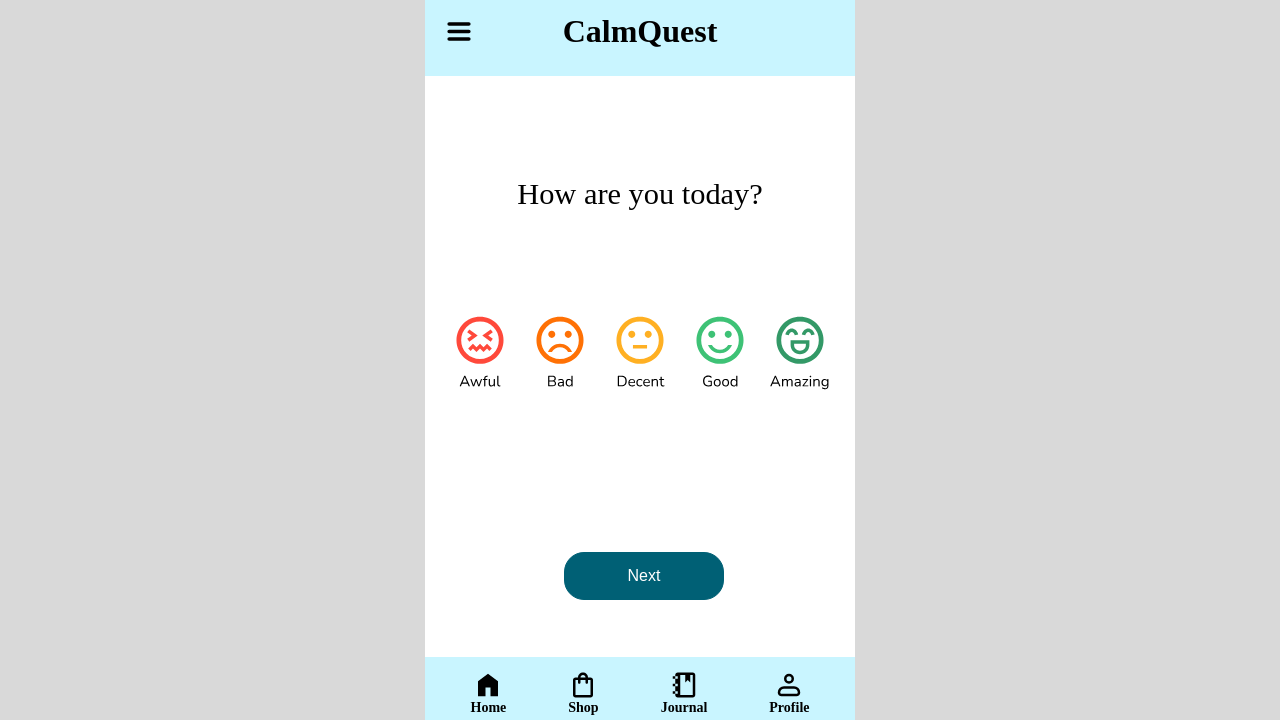
Repository: Michelle2317/CalmQuest
Page: /ParentQuiz
An editor plug-in stored every save of this project. The page is shown before and after the next save, followed by the edit.
The browser window is 1280 px wide. The pictures show the whole page.
The project was rebuilt for these pictures with package versions that can differ from the ones it lists, and the page was loaded fresh each time. The framework's server and built-in components were replaced by stand-ins that run in the browser. Also part of the build but not shown: next.config.mjs.

Above is the page before, as saved 2024-04-11 02:10:46.

### pages/ParentQuiz.js
import Head from 'next/head'
import styles from '@/styles/Home.module.css'
import ChildQuestions from './ChildQuestions'
import Navbar from '@/components/Navbar'
import Tabbar from '@/components/Tabbar'
import Image from 'next/image'
import { useState } from 'react'

export default function ParentQuiz() {
	const [step, setStep] = useState(1)
	const [previousAnswer, setPreviousAnswer] = useState(null)
	const [selectedAnswers, setSelectedAnswers] = useState([])
	const [quizComplete, setQuizComplete] = useState(false)
	const [score, setScore] = useState(0)
	const [outcome, setOutcome] = useState('')
	const [seedsClaimed, setSeedsClaimed] = useState(false)

	const handleAnswerSelect = (answer) => {
		let points = 0

		switch (step) {
			case 1:
				switch (answer) {
					case 'Awful':
						points = -2
						break
					case 'Bad':
						points = -1
						break
					case 'Decent':
						points = 0
						break
					case 'Good':
						points = 1
						break
					case 'Amazing':
						points = 2
						break
					default:
						break
				}
				break
			case 2:
				switch (answer) {
					case 'Joy':
						points = 1
						break
					case 'Sadness':
					case 'Fear':
						points = -1
						break
					case 'Anger':
						points = -2
						break
					default:
						break
				}
				break
			default:
				break
		}
		setSelectedAnswers([...selectedAnswers, { answer, points }])
		setScore(score + points)

		if (step === 4) {
			calculateOutcome()
		}
		setPreviousAnswer(answer)
	}

	const handleNextStep = () => {
		if (step < 4) {
			setStep(step + 1)
		} else {
			setQuizComplete(true)
			calculateOutcome()
		}
	}

	const calculateOutcome = () => {
		const headspace =
			selectedAnswers[
				selectedAnswers.length - 1
			].answer.toString()
		const totalScore = score
		let message = ''

		if (totalScore >= 0 && totalScore <= 3) {
			message = `You're doing a great job about your ${headspace.toLowerCase()}! Keep it up and you'll do wonders!`
		} else if (totalScore > 3 && totalScore <= 6) {
			message = `You're doing great about your ${headspace.toLowerCase()}!`
		} else if (totalScore >= -7 && totalScore <= -5.5) {
			message = `It sounds like you're having a tough time with your ${headspace.toLowerCase()}. Consider seeking professional help services.`
		} else if (totalScore > -5 && totalScore <= -3) {
			message = `It sounds like you're struggling with your ${headspace.toLowerCase()}. Try some mental exercises to improve your mood.`
		} else if (totalScore > -2.5 && totalScore < 0) {
			message = `It seems like you're having a bit of difficulty with your ${headspace.toLowerCase()}. Mental exercises might help.`
		}
		setOutcome(message)
	}

	const handleClaimSeeds = () => {
		setSeedsClaimed(true)
	}

	const handleMoreActivities = () => {}

	const handlePreviousStep = () => {
		if (step > 1) {
			setStep(step - 1)
		}
	}

	const handleSubmitQuiz = () => {
		setQuizComplete(true)
		calculateOutcome()
	}

	return (
		<>
			<Head>
				<title>CalmQuest</title>
				<meta name="description" content="Generated by create next app" />
				<meta name="viewport" content="width=device-width, initial-scale=1" />
				<link rel="icon" href="/favicon.ico" />
			</Head>
			<main className={`${styles.main}`}>
				<div className={styles.mainContainer}>
					<Navbar />
					{!quizComplete && (
						<ChildQuestions
							question={
								step === 1
									? 'How are you today?'
									: step === 2
									? 'How do you feel?'
									: step === 3
									? 'Describe your feelings?'
									: "What's taking up most of your headspace right now?"
							}
							onSelect={
								handleAnswerSelect
							}
							previousAnswer={
								previousAnswer
							}
							handleNextStep={
								handleNextStep
							}
							outcome={outcome}
					  />
				  )}
					{quizComplete && (
						<div
							className={styles.outcomeContainer}>
							<Image
								src="/images/check.svg"
								alt="Check"
								width={100}
								height={100}
								className={styles.checkIcon}
							/>
							<h2 className={styles.checkDone}>Check-In Done!</h2>
							<p className={`${styles.outcomeMessage}`}>{outcome}</p>
							{!seedsClaimed ? (
								<button
									className={styles.primaryButtonQuiz}
									onClick={handleClaimSeeds}>	Claim 3x Seeds
								</button>
							) : (
								<p
									className={styles.claimedSeeds}>Seeds Claimed</p>
							)}
							<button
								className={styles.primaryButtonQuiz}
								onClick={handleMoreActivities}>More Activities
							</button>
						</div>
					)}
					<div className={styles.buttonContainer}>
						{step > 1 && !quizComplete && (
							<button
								className={`${styles.secondaryButtonQuiz}`}
								onClick={handlePreviousStep}
								tabindex="0">Back
							</button>
						)}
						{!quizComplete ? (
							<button
								className={`${styles.primaryButtonQuiz}`}
								onClick={step === 4 ? handleSubmitQuiz : handleNextStep}
								tabindex="0"
							  >
								{step === 4 ? 'Submit' : 'Next'}
							</button>
						) : (
							<>
              </>
						)}
					</div>
					<Tabbar />
				</div>
			</main>
		</>
	)
}

### styles/globals.css
:root {
	--white: #fff;
	--black: #000;
	--gray: #d9d9d9;
	--light-blue: #c9f5ff;
	--dark-turquoise: #006075;
	--dark-gray: #C0C0C0;
	/* --ombre: linear-gradient(180deg, #E7ECFF 0%, #D8FFFA 100%); */
	/* font size */
	--title1: 36px;
	--title2: 32px;
	--body2: 16px;
	--body-3-small: 14px;
	--body-1-large: 18px;
}

* {
	margin: 0;
	padding: 0;
}

### styles/Home.module.css
.main {
	display: flex;
	flex-direction: row;
	justify-content: center;
	align-items: center;
	min-height: 20vh;
	background-color: var(--gray);
	overflow-y: hidden;
}

.mainContainer {
	position: relative;
	display: flex;
	flex-direction: column;
	justify-content: space-between;
	align-items: center;
	width: 430px;
	height: 100vh;
	max-height: 932px;
	background-color: var(--white);
	overflow-y: auto;
	overflow-x: hidden;
}

.getStartedButton {
}

/*home content*/
.helloContainer {
	display: flex;
	flex-direction: row;
	align-items: center;
	gap: 48px;
}

.mainHello {
	font-size: var(--title2);
}

.mainQuote,
.checkIn {
	font-size: var(--body-3-small);
}

.journalingContainer {
	width: 398px;
}

.explore,
.prompt {
	font-size: var(--body-1-large);
	font-weight: bold;
}

.quote {
	font-size: var(--body2);
}

.write {
	text-align: right;
}

.exerciseCarousel {
	display: flex;
	flex-direction: row;
}

/* Quiz/Check-In */
.questionOne,
.questionTwo {
	color: var(--black);
	font-family: 'Merriweather', serif;
	font-size: 1.9em;
	font-weight: 400;
	text-align: center;
}

.questionDescription {
	font-family: 'Nunito', sans-serif;
	font-size: 1rem;
	font-weight: 400;
}

.questionTwoDescription {
	font-family: 'Nunito', sans-serif;
	font-size: 1rem;
	font-weight: 400;
	margin-top: -4rem;
}

.questionThreeDescription {
	font-family: 'Nunito', sans-serif;
	font-size: 1rem;
	font-weight: 400;
	margin-top: -5rem;
}

.emojis {
	flex-direction: row;
	display: inline-flex;
	position: relative;
	justify-content: center;
	padding-bottom: 10rem;
}

.questionOneNext {
	position: absolute;
	margin-top: 28rem;
}

.quizNext {
	position: absolute;
	margin-top: 30rem;
	margin-left: 8rem;
}

.quizBack {
	position: absolute;
	margin-top: 30rem;
	margin-right: 8rem;
}

.emojisEmotion {
	display: flex;
	flex-wrap: wrap;
	justify-content: center;
	margin-top: -4rem;
}

.emotionContainer {
	display: flex;
}

.emotionRegular {
	width: 9rem;
	height: 6rem;
	margin: 0.5rem;
	padding: 0.5rem;
	background-color: var(--light-blue);
	border-radius: 0.5rem;
}

.selectedEmoji {
	border: 0.2rem solid var(--dark-turquoise);
}

.multiSelectContainer {
	display: flex;
	flex-wrap: wrap;
	justify-content: center;
}

.titleEmotion {
	position: absolute;
	margin-top: -5rem;
}

.rectangle {
	width: 6.5rem;
	height: 3.5rem;
	background-color: var(--light-blue);
	margin: 0.5rem;
	display: flex;
	justify-content: center;
	align-items: center;
	border-radius: 0.5rem;
	font-family: 'Nunito', sans-serif;
}

.buttonContainer {
	position: absolute;
	margin-top: 34.5rem;
}

.primaryButtonQuiz {
	text-align: center;
	color: var(--white);
	font-size: 16px;
	font-family: 'Nunito', sans-serif;
	font-weight: 400;
	word-wrap: break-word;
	width: 160px;
	height: 48px;
	background: var(--dark-turquoise);
	border: 1px var(--dark-turquoise) solid;
	border-radius: 20px;
	overflow: hidden;
	justify-content: center;
	align-items: center;
	gap: 10px;
	display: inline-flex;
	margin-left: 0.5rem;
}

.primaryButtonQuiz:hover {
	text-align: center;
	color: var(--dark-turquoise);
	font-size: 16px;
	font-family: 'Nunito', sans-serif;
	font-weight: 400;
	word-wrap: break-word;
	width: 160px;
	height: 48px;
	background: var(--light-blue);
	border: 1px var(--dark-turquoise) solid;
	border-radius: 20px;
	overflow: hidden;
	justify-content: center;
	align-items: center;
	gap: 10px;
	display: inline-flex;
}

.secondaryButtonQuiz {
	text-align: center;
	color: var(--white);
	font-size: 16px;
	font-family: 'Nunito', sans-serif;
	font-weight: 400;
	word-wrap: break-word;
	width: 160px;
	height: 48px;
	border-radius: 20px;
	background-color: var(--black);
	overflow: hidden;
	border: 1px var(--black) solid;
	justify-content: center;
	align-items: center;
	gap: 10px;
	display: inline-flex;
}

.secondaryButtonQuiz:hover {
	width: 160px;
	height: 48px;
	color: var(--black);
	background: var(--white);
	border-radius: 20px;
	overflow: hidden;
	border: 1px var(--black) solid;
	justify-content: center;
	align-items: center;
	gap: 10px;
	display: inline-flex;
}

.secondary,
.button {
	color: var(--dark-turquoise);
}

.checkIcon {
	position: relative;
	padding-left: 10rem;
	margin-top: -4rem;
}

.checkDone {
	color: var(--black);
	font-family: 'Merriweather', serif;
	font-size: 1.9em;
	font-weight: 400;
	text-align: center;
	padding-top: 2rem;
	padding-bottom: 1rem;
}

.claimedSeeds {
	text-align: center;
	color: var(--white);
	font-size: 16px;
	font-family: 'Nunito', sans-serif;
	font-weight: 400;
	width: 160px;
	height: 48px;
	background: var(--dark-gray);
	border: 1px var(--dark-turquoise) solid;
	border-radius: 20px;
	overflow: hidden;
	display: flex;
	flex-direction: column;
	justify-content: center;
	margin-bottom: 0.5rem;
}

.outcomeMessage {
	text-align: center;
	width: 90%;
	padding-left: 1rem;
}

### components/Navbar/index.js
import styles from './Navbar.module.css'
import Image from 'next/image'

export default function Navbar() {
	return (
		<>
			<div className={styles.navbar}>
					<Image
						src={`/images/hamburgerMenu.svg`}
						alt="hamburger menu"
						width="30"
						height="30"
						className={styles.hamburgerMenuIcon}
					/>
				<div className={styles.calmQuest}>CalmQuest</div>
			</div>
		</>
	)
}

### components/Tabbar/index.js
import styles from "./Tabbar.module.css";
import Image from "next/image";

export default function Tabbar() {
  return (
    <>
      <div className={styles.tabbar}>
        <div className={styles.homeContainer}>
          <Image
            src={`/images/homeSecondary.svg`}
            alt="home"
            width={30}
            height={30}
            className={styles.homeSecondary}
          />
          <p>Home</p>
        </div>
        <div className={styles.shopContainer}>
          <Image
            src={`/images/shopPrimary.svg`}
            alt="shop icon"
            width={30}
            height={30}
            className={styles.shopPrimary}
          />
          <p>Shop</p>
        </div>
        <div className={styles.journalContainer}>
          <Image
            src={`/images/journalPrimary.svg`}
            alt="journal icon"
            width={30}
            height={30}
            className={styles.journalPrimary}
          />
          <p>Journal</p>
        </div>
        <div className={styles.profileContainer}>
          <Image
            src={`/images/profilePrimary.svg`}
            alt="profile icon"
            width={30}
            height={30}
            className={styles.profilePrimary}
          />
          <p>Profile</p>
        </div>
      </div>
    </>
  );
}

### components/Navbar/Navbar.module.css
.navbar {
	width: 430px;
	height: 72px;
	padding-top: 1px;
	padding-left: 13px;
	padding-right: 132px;
	background: #c9f5ff;
	display: flex;
	justify-content: center;
	align-items: center;
	gap: 89px;
}

.hamburgerMenuIcon {
	width: 30px;
	height: 30px;
	position: relative;
	flex-direction: column;
	justify-content: flex-start;
	align-items: flex-start;
	display: flex;
}

.calmQuest {
	color: var(--black);
	font-size: 32px;
	font-family: Nunito;
	font-weight: 700;
}

### components/Tabbar/Tabbar.module.css
.tabbar {
	width: 430px;
	height: 65px;
	padding-top: 1px;
	background: #c9f5ff;
	display: flex;
	justify-content: center;
	align-items: center;
	gap: 62px;
}

.tabbar p {
	color: var(--black);
	font-size: 14px;
	font-family: Nunito;
	font-weight: 700;
}

.homeContainer, .shopContainer, .journalContainer, .profileContainer {
    display: flex;
    flex-direction: column;
    align-items: center;
}

Loaded but not shown: pages/_app.js (common file); pages/_document.js (common file); pages/ChildQuestions.js (414 lines, source omitted)

After the next save:
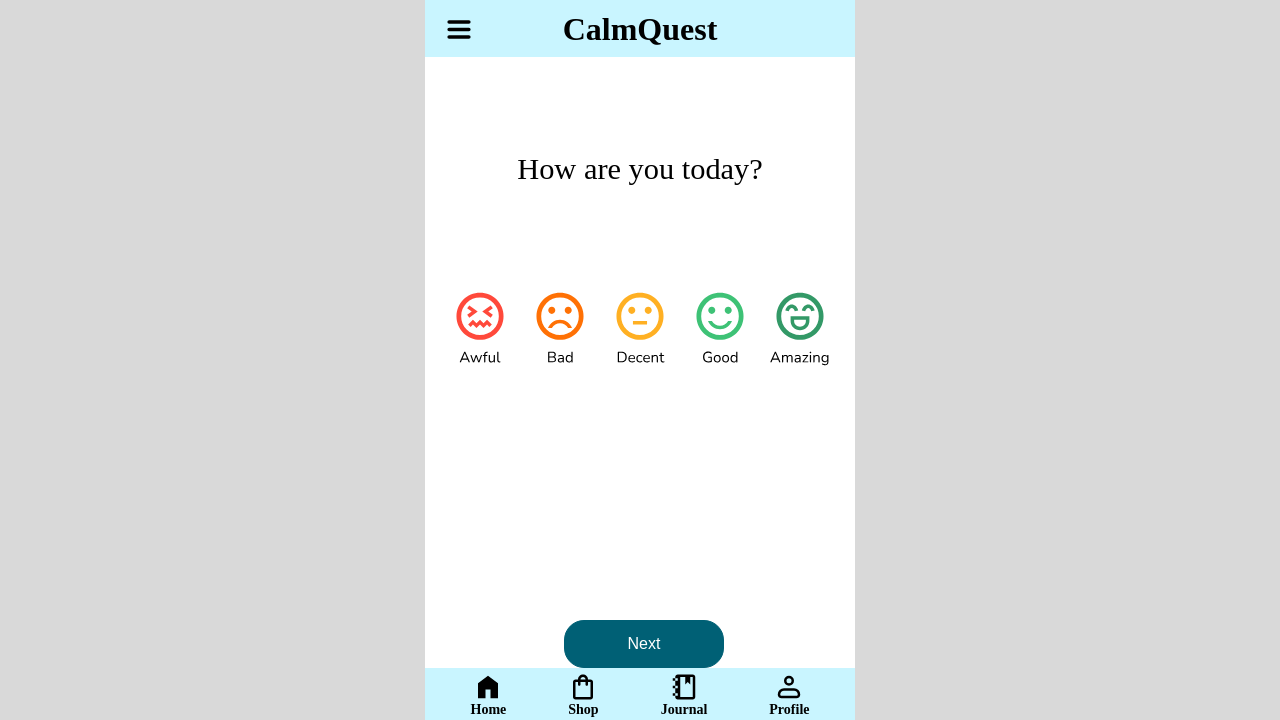
Saved 39 s later.
--- a/styles/Home.module.css
+++ b/styles/Home.module.css
@@ -168,9 +168,10 @@
 }
 
 .buttonContainer {
-	position: absolute;
-	margin-top: 34.5rem;
-}
+	display: flex;
+	justify-content: center;
+    }
+
 
 .primaryButtonQuiz {
 	text-align: center;
